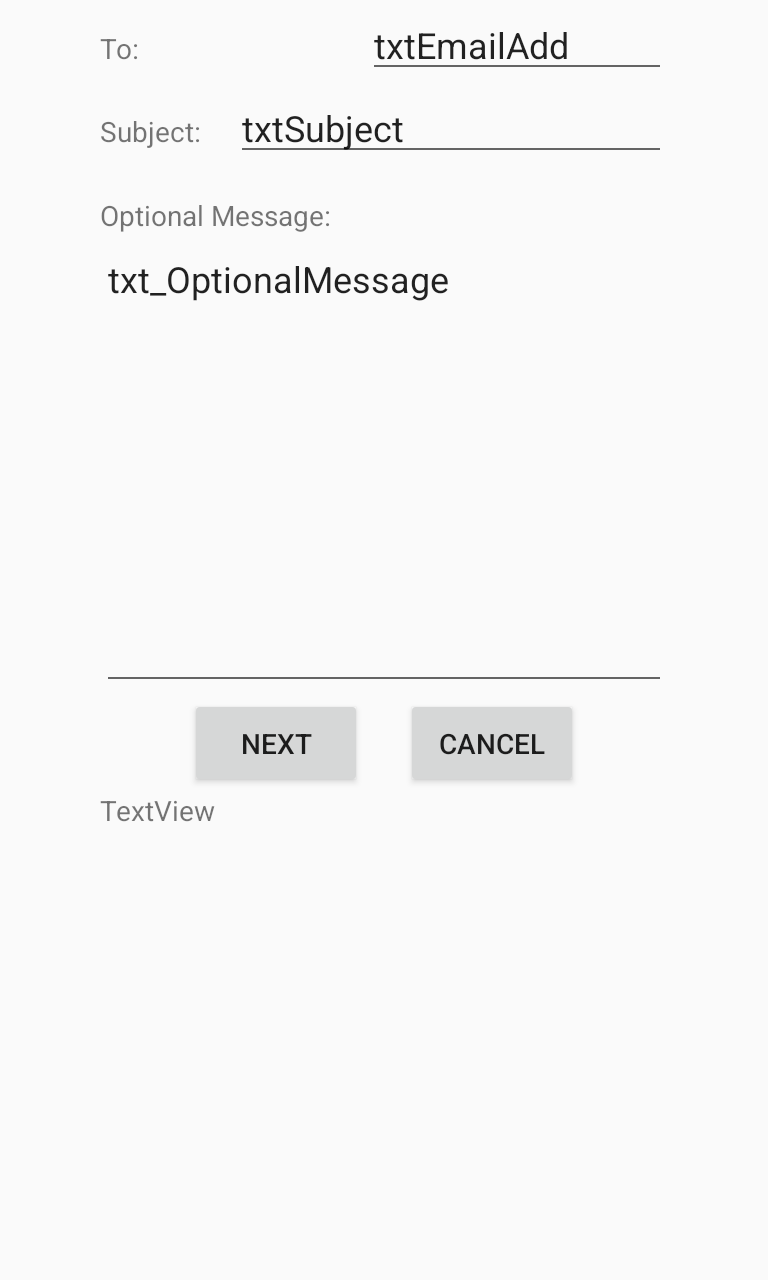
Repository: TeamZhao/Assignment-Tracker
Layout: AssignmentTracker/res/layout/activity_get_email_info.xml
These files come from the project's save history. The layout is drawn as it stood at one moment and after the next save; the edit follows.
It is drawn on a 768 x 1280 px phone screen (xhdpi) without system bars, with theme AppTheme; the app's code is not run.

Above is the layout before, as saved 2014-12-01 02:56:45.

After the next save:
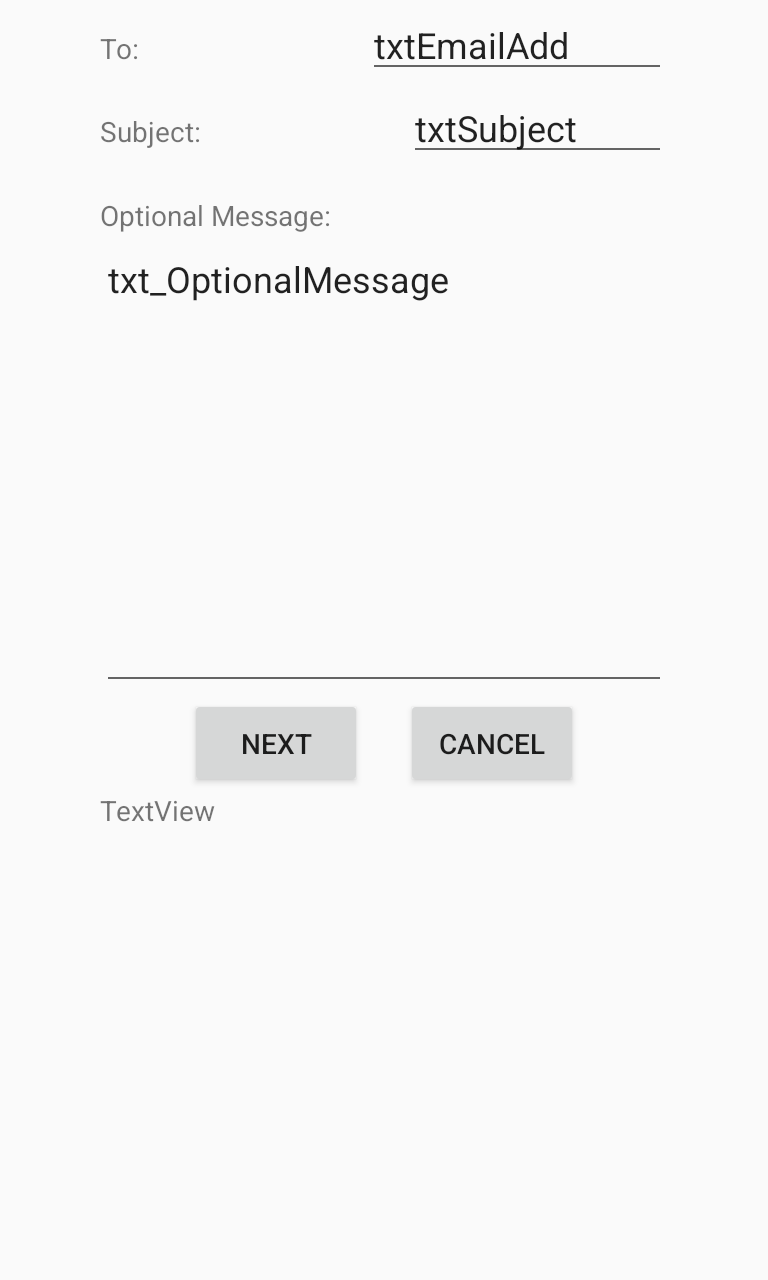
Saved 17 s later.
--- a/AssignmentTracker/res/layout/activity_get_email_info.xml
+++ b/AssignmentTracker/res/layout/activity_get_email_info.xml
@@ -43,7 +43,6 @@
             android:id="@+id/txtSubject"
             android:layout_width="wrap_content"
             android:layout_height="wrap_content"
-            android:ems="10"
             android:enabled="true"
             android:text="txtSubject"
             android:layout_weight="0.4" />
